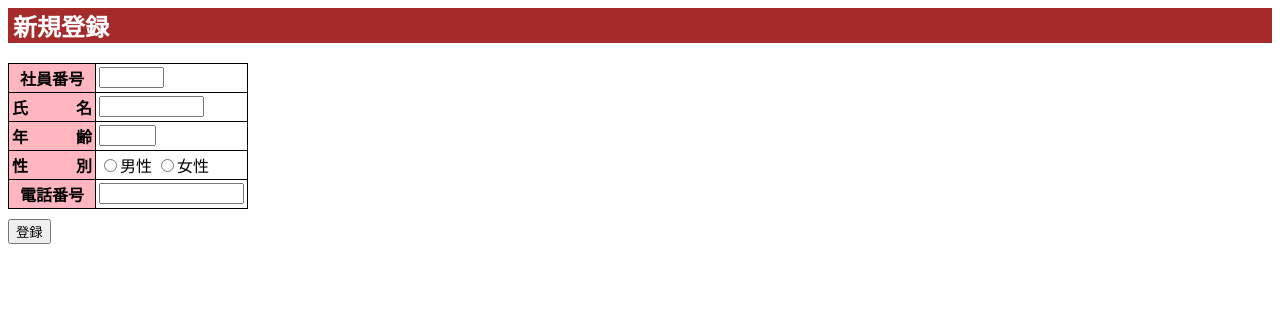
Repository: eb-communicationservice/php_study
Page: http://localhost/views/scripts/members/registMember.php
An editor plug-in stored every save of this project. The page is shown before and after the next save, followed by the edit.
The browser window is 1280 px wide. The pictures show the whole page.
The page is run by PHP 8.4 with error messages shown; the project is at /var/www/html/.

Above is the page before, as saved 2015-12-06 13:08:58.

### kadai01/views/scripts/members/registMember.php
<head>
	<title>kadai01</title>
	<link rel="stylesheet" type="text/css" href="../../../css/common.css">
</head>
<body>
	<div id="viewName">
		<h2>新規登録</h2>
	</div>
	<form action="registController.php" method="post">
		<table id="memberInfo">
			<tr>
				<th><label for="memberId">社員番号</label></th>
				<td><input id="memberId" type="text" name="memberId" size="5" maxlength="6" value="" /></td>
			</tr>
			<tr>
				<th><label for="name">氏　　　名</label></th>
				<td><input id="name" type="text" name="name" size="10" maxlength="20" value="" /></td>
			</tr>
			<tr>
				<th><label for="age">年　　　齢</label></th>
				<td><input id="age" type="text" name="age" size="4" maxlength="3" value="" /></td>
			</tr>
			<tr>
				<th>性　　　別</th>
				<td>
					<input id="male" type="radio" name="sex" value="0" /><label for="male">男性</label>
					<input id="female" type="radio" name="sex" value="1" /><label for="female">女性</label>
				</td>
			</tr>
			<tr>
				<th><label for="phoneNum">電話番号</label></th>
				<td><input id="phoneNum" type="text" name="phoneNum" size="15" maxlength="20" value="" /></td>
			</tr>
		</table>
		<input type="submit" value="登録" />
	</form>
</body>

### kadai01/css/common.css
@CHARSET "UTF-8";
div#viewName{
	background-color: #a52a2a;
	color: #ffffff;
	padding: 0 5px;
	margin: 3 0px;
}
table#memberInfo{
	margin: 10 0px;
	border-collapse: collapse;
}
table#memberInfo th{
	padding: 2 3px;
	background-color: #ffb6c1;
	border-spacing: 0px;
	border-top: 1px solid #000000;
	border-left: 1px solid #000000;
	border-right: 1px solid #000000;
	border-bottom: 1px solid #000000;
}
table#memberInfo td{
	padding: 2 3px;
	background-color: #ffffff;
	border-spacing: 0px;
	border-top: 1px solid #000000;
	border-left: 1px solid #000000;
	border-right: 1px solid #000000;
	border-bottom: 1px solid #000000;

}

After the next save:
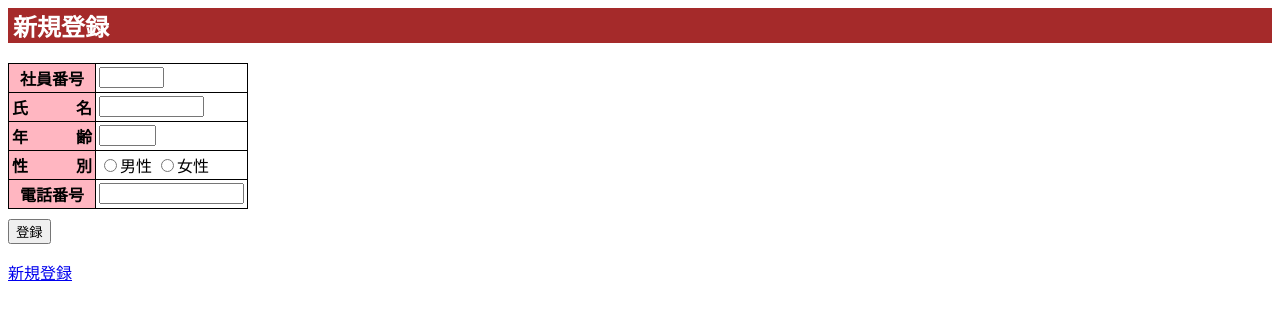
Saved 3 s later.
--- a/kadai01/views/scripts/members/registMember.php
+++ b/kadai01/views/scripts/members/registMember.php
@@ -34,4 +34,6 @@
 		</table>
 		<input type="submit" value="登録" />
 	</form>
+
+	<a href="registMember.php">新規登録</a>
 </body>
